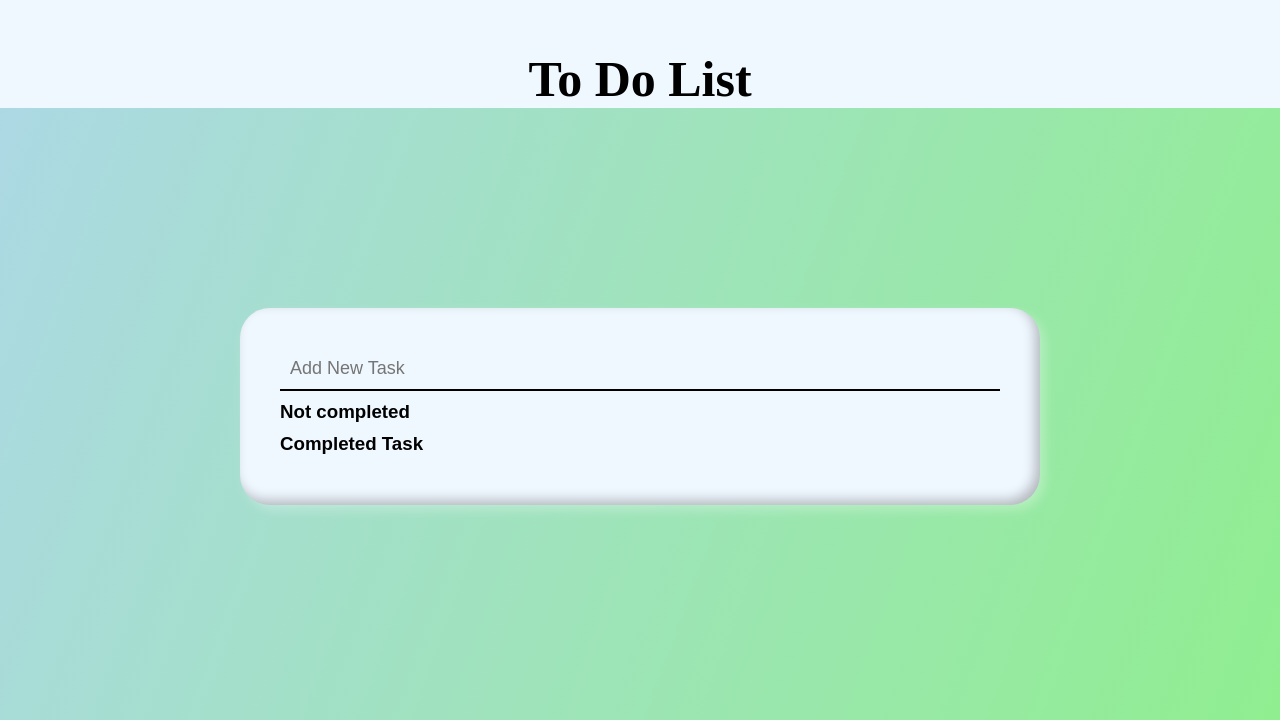
Repository: Mayur2905/OIBSIP
Page: Task-6/index.html
These files come from the project's save history. The page is drawn as it stood at one moment and after the next save; the edit follows.
The browser window is 1280 px wide. The pictures show the whole page.

Above is the page before, as saved 2022-02-05 21:54:06.

### Task-6/index.html
<!DOCTYPE html>
<html lang="en">
<head>
    <meta charset="UTF-8">
    <meta http-equiv="X-UA-Compatible" content="IE=edge">
    <meta name="viewport" content="width=device-width, initial-scale=1.0">
    <link rel="stylesheet" href="style.css">
    <link rel="stylesheet" href="https://cdnjs.cloudflare.com/ajax/libs/font-awesome/5.15.1/css/all.css">
    <script src="https://ajax.googleapis.com/ajax/libs/jquery/3.5.1/jquery.min.js"></script>
    <title>To Do List</title>
</head>
<body>
    <h1>To Do List</h1>
    <div class="container">
        <div class="todo">
            <input type="text" class="textb" placeholder="Add New Task">
            <div class="notdone">
                <h3>Not completed</h3>

            </div>
            <div class="complete">
                <h3>Completed Task</h3>

            </div>
        </div>
    </div>
    <script rel="text.javascript" src="script.js"></script>
</body>
</html>

### Task-6/style.css
* {
  margin: 0;
  padding: 0;
  font-family: "montserrat", Arial, Helvetica, sans-serif;
  box-sizing: border-box;
}
body {
  background-image: linear-gradient(110deg, lightblue, lightgreen);
  min-height: 100vh;
}

h1 {
  background-color: aliceblue;
  padding-top: 50px;
  font-size: 50px;
  font-weight: 300px;
  text-align: center;
  font-family: "Times New Roman", Times, serif;
}

.todo {
  padding: 30px;
}

.container {
  max-width: 800px;
  margin: auto;
  padding: 10px;
  margin-top: 200px;
  background-color: aliceblue;
  border-radius: 30px;
  box-shadow: inset -5px -5px 12px rgba(0, 0, 0, 0.25),
    5px 5px 12px rgba(255, 255, 255, 0.3);
}
.textb {
  width: 100%;
  border: none;
  border-bottom: 2px solid #000;
  background: none;
  padding: 10px;
  outline: none;
  font-size: 18px;
}
.textb1 {
  width: 100%;
  border: none;
  border-bottom: 2px solid #000;
  background: none;
  padding: 10px;
  outline: none;
  font-size: 18px;
}

h3 {
  margin: 10px 0;
}
.task {
  width: 100%;
  background: rgba(255, 255, 255, 0.5);
  padding: 8px;
  margin: 8px 0;
  overflow: hidden;
  box-shadow: inset -5px -5px 12px rgba(0, 0, 0, 0.25),
    5px 5px 12px rgba(255, 255, 255, 0.3);
}
.task i {
  float: right;
  margin-left: 20px;
  cursor: pointer;
  padding-left: 10px;
}
.complete .task {
  background: rgba(0, 0, 0, 0.5);
  color: #ffff;
  box-shadow: inset -5px -5px 12px rgba(0, 0, 0, 0.25),
    5px 5px 12px rgba(255, 255, 255, 0.3);
}

### Task-6/script.js
$(".textb").on("keyup",function(e){
    if(e.keyCode == 13 && $(".textb").val() != "")
    {
        var task =$("<div class='task'></div>").text($(".textb").val());
        var del =$("<i class='fas fa-trash-alt'></i>").click(function(){
            var p = $(this).parent();
            p.fadeOut(function(){
                p.remove();
            });
        });
        var tick =$("<i class='fas fa-check'></i>").click(function(){
            var p =$(this).parent();
            p.fadeOut(function(){
                $(".complete").append(p);
                p.fadeIn();
            });
            $(this).remove();
        });
        task.append(del,tick);
        $(".notdone").append(task);
        $(".texttb").val("");
    }
});

After the next save:
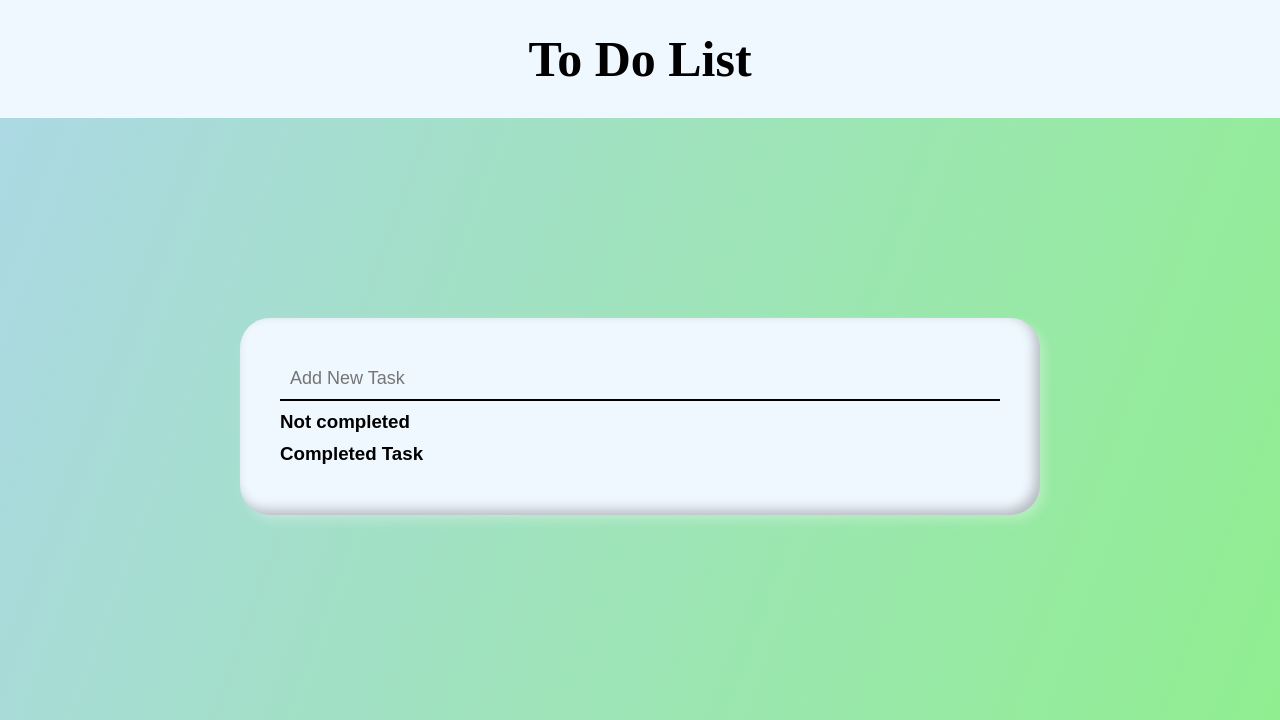
Saved 44 s later.
--- a/Task-6/style.css
+++ b/Task-6/style.css
@@ -11,7 +11,7 @@ body {
 
 h1 {
   background-color: aliceblue;
-  padding-top: 50px;
+  padding: 30px;
   font-size: 50px;
   font-weight: 300px;
   text-align: center;
